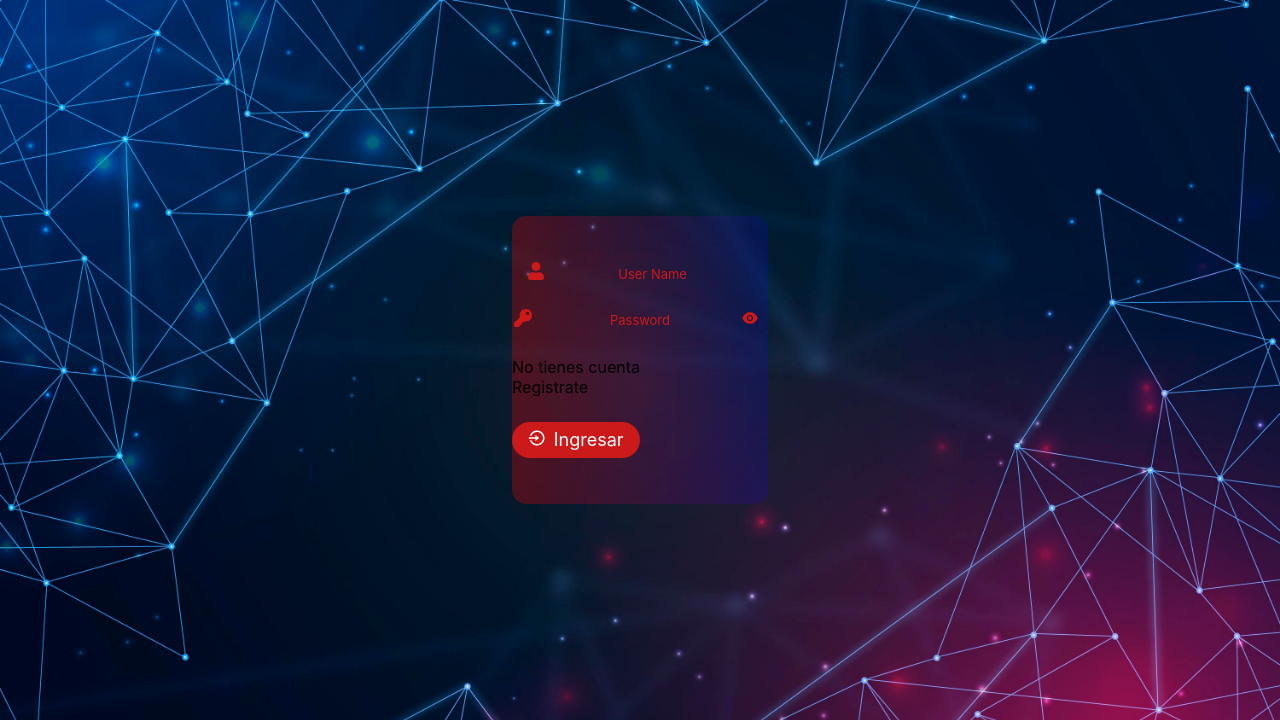
Repository: Davic1o/FrontendMunicipio
Page: /
An editor plug-in stored every save of this project. The page is shown before and after the next save, followed by the edit.
The browser window is 1280 px wide. The pictures show the whole page.
The project was rebuilt for these pictures with package versions that can differ from the ones it lists, and the page was loaded fresh each time.

Above is the page before, as saved 2024-02-21 18:09:04.

### src/index.css
*{
  user-select: none;
  cursor: default;
}


body {
  margin: 0;
  font-family: -apple-system, BlinkMacSystemFont, 'Segoe UI', 'Roboto', 'Oxygen',
    'Ubuntu', 'Cantarell', 'Fira Sans', 'Droid Sans', 'Helvetica Neue',
    sans-serif;
  -webkit-font-smoothing: antialiased;
  -moz-osx-font-smoothing: grayscale;
}

code {
  font-family: source-code-pro, Menlo, Monaco, Consolas, 'Courier New',
    monospace;
}
input {
  border: none;
  outline: none;
  margin: 0;
  padding: 0;
  background: none;
  font-family: inherit;
  color: inherit;
  text-align: left;
}

input:focus {
  outline: none;
}

:root{

  --color-primario: #cc1919;
  --color-secundario: #cc1919ab;
  --color-blanco: #ffffff;
}

### src/App.jsx
import Rutas from './routes/Rutas'

function App() {
  return (
    <>
      <Rutas/>
    </>
  );
}

export default App;

### src/routes/Rutas.jsx
import React from 'react'
import { Routes, Route } from 'react-router-dom';
import Login from '../pages/Login';


function Rutas() {
  return (

      <Routes>
          <Route path="/" element={<Login/>} />
      </Routes>
  )
}

export default Rutas

### src/pages/Login.jsx
import React from 'react'
import InputTexto from '../components/inputs/InputTexto'
import InputPass from '../components/inputs/InputPass'
import BotonAcceso from '../components/botones/BotonAcceso'

import './login.css'
import { FaUser, FaKey  } from "react-icons/fa";
import { RiLoginCircleLine } from "react-icons/ri";

function Login() {
  return (
    <div>
        <div className="login__container">
            <div className="login__form">
                <div className="form form__userName">
                <div className="input__userName">
                <InputTexto Icono={<FaUser/>} Placeholder="User Name"/>
                </div>
                </div>
                <div className="form form__userPass">
                <div className="input__userPass">
                <InputPass Icono={<FaKey />} Placeholder="Password"/>
                </div>
                </div>

                <div className="form form__register">
                <div className="text__register">
                No tienes cuenta
                <div className="link__register">Registrate</div>
                </div>
                </div>

                <div className="form form__acept">
                    <div className="button__acept">
                        <BotonAcceso Icono={<RiLoginCircleLine />} NombreBoton='Ingresar'/>
                    </div>
                </div>

            </div>
        </div>

    </div>
  )
}

export default Login

### src/components/inputs/InputTexto.jsx
import React from 'react'
import './inputTexto.css'

function InputTexto({Icono, Placeholder}) {
    const TipoInput = Placeholder;
  return (
    <>
    <div className="contenedor__inputTexto">
        <div className="inf__inputTexto">
            <div className="icono__inputTexto">
                {Icono}
            </div>
            <div className="campo__inputTexto">
            <input type="text" className='inputTexto' placeholder={TipoInput} />
            </div>
        </div>
    </div>
    </>
  )
}

export default InputTexto

### src/components/inputs/InputPass.jsx
import React, { useState } from 'react';
import { AiFillEye, AiFillEyeInvisible } from 'react-icons/ai';
import './inputPass.css';

function InputPass({ Icono, Placeholder }) {
  const [mostrarContrasenia, setMostrarContrasenia] = useState(false);
  const TipoInput = mostrarContrasenia ? 'text' : 'password';
  const IconoVisualizacion = mostrarContrasenia ? (
    <AiFillEyeInvisible />
  ) : (
    <AiFillEye />
  );

  return (
    <>
      <div className="contenedor__inputPass">
        <div className="inf__inputPass">
          <div className="icono__inputPass">{Icono}</div>
          <div className="campo__inputPass">
            <input
              type={TipoInput}
              className="inputPass"
              placeholder={Placeholder}
            />

          </div>
          <div
              className="vista__inputPass"
              onClick={() => setMostrarContrasenia(!mostrarContrasenia)}
            >
              {IconoVisualizacion}
            </div>
        </div>
      </div>
    </>
  );
}

export default InputPass;

### src/components/botones/BotonAcceso.jsx
import React from 'react'
import './botonAcceso.css'

function BotonAcceso({Icono,NombreBoton}) {
    const TextoBoton = NombreBoton;
  return (
    <>
    <div className="contenedorBotonAcceso">
        <div className="inf__botonAcceso">
            <div className="icono__botonAcceso">
                {Icono}
            </div>
            <div className="texto__botonAcceso">
                {TextoBoton}
            </div>

        </div>
    </div>

    </>
  )
}

export default BotonAcceso

### src/pages/login.css
.login__container{
    background-image:  url('../images/fondo_informacion.jpg');
    background-size: cover;
    height: 100vh;
    width: 100vw;
    box-sizing: border-box;
    display: flex;
    align-items: center;
    justify-content: center;
    z-index: 0;
}
.login__form{
    width: 20vw;
    height: 40vh;
    display: flex;
    flex-direction: column;
    justify-content: center;
    align-items: center;
    border-radius: 2vh;
    background: linear-gradient(to right, rgba(253, 0, 0, 0.288) 1%, rgba(16, 0, 235, 0.171));
}
.form{
    width: 20vw;
    margin: 1vw;
}
.input__userName{
    width: 20vw;
}

### src/components/inputs/inputTexto.css
.contenedor__inputTexto{
    display: flex;
    flex-direction: row;
    justify-content: center;
    align-items: center;
    font-size: 2.5vh;
    border-radius: 1vh;
    cursor: pointer;
  }

  .inf__inputTexto{
    display: flex;
    justify-content: center;
    align-items: center;
  }

  .icono__inputTexto{
    color: var(--color-primario);
    margin-right: 1vh;
}

.inputTexto{
    font-size: 1.8vh;
    color: var(--color-primario);
    transition: border 0.3s ease;

}
.inputTexto::placeholder{
    font-size: 1.8vh;
    color: var(--color-primario);
    text-align: center;
    transition: opacity 0.3s ease, transform 0.3s ease;
}

.inputTexto:focus::placeholder {
    opacity: 0;
    transform: scale(1);
  }

.inputTexto:focus {
    font-size: 1.8vh;
    color: var(--color-primario);
    font-weight:bold;
    border-bottom: 3px solid var(--color-primario);
 animation: borderAnimation 3s infinite alternate;
  }

  @keyframes borderAnimation {
    from {
      border-color: rgb(255, 255, 255); /* Cambia el color del borde al inicio de la animación */
    }
    to {
      border-color: rgb(255, 0, 0); /* Cambia el color del borde al final de la animación */
    }
  }

### src/components/inputs/inputPass.css
.contenedor__inputPass{
    display: flex;
    flex-direction: row;
    justify-content: center;
    align-items: center;
    font-size: 2.5vh;
    border-radius: 1vh;
    cursor: pointer;
}
.inf__inputPass{
    display: flex;
    justify-content: center;
    align-items: center;
}
.icono__inputPass, .vista__inputPass{
    color: var(--color-primario);
    margin-right: 1vh;
}
.vista__inputPass{
  cursor: pointer;
}
.vista__inputPass:first-child{
  cursor: pointer;
}
.inputPass{
    font-size: 1.8vh;
    color: var(--color-primario);
    transition: border 0.3s ease;
}
.inputPass::placeholder{
    font-size: 1.8vh;
    color: var(--color-primario);
    text-align: center;
    transition: opacity 0.3s ease, transform 0.3s ease;
}

.inputPass:focus::placeholder {
    opacity: 0;
    transform: scale(1);
  }

.inputPass:focus {
    font-size: 1.8vh;
    color: var(--color-primario);
    font-weight:bold;
    border-bottom: 3px solid var(--color-primario);
 animation: borderAnimation 3s infinite alternate;
  }

  @keyframes borderAnimation {
    from {
      border-color: rgb(255, 255, 255); /* Cambia el color del borde al inicio de la animación */
    }
    to {
      border-color: rgb(255, 0, 0); /* Cambia el color del borde al final de la animación */
    }
  }
  .campo__inputPass{
    display: flex;
  }

### src/components/botones/botonAcceso.css
.contenedorBotonAcceso{
    display: flex;
    flex-direction: row;
    justify-content: center;
    align-items: center;
    height: 5vh;
    width: 10vw;
    font-size: 2.5vh;
    border-radius: 3vh;
    cursor: pointer;
    background-color: var(--color-primario);
}
.inf__botonAcceso{
    display: flex;
    color: var(--color-blanco);
}

.contenedorBotonAcceso:hover .inf__botonAcceso .icono__botonAcceso{
    animation: spiner 1 0.5s linear;
}
.contenedorBotonAcceso:hover {
    background-color: var(--color-secundario);
}

.icono__botonAcceso{
    margin-right: 1vh;
    font-weight: bold
}

@keyframes spiner {
    from {
      transform: rotate(0deg);
    }
    to {
      transform: rotate(360deg);
    }
  }

Loaded but not shown: public/index.html (common file); src/index.js (common file); src/reportWebVitals.js (common file)

After the next save:
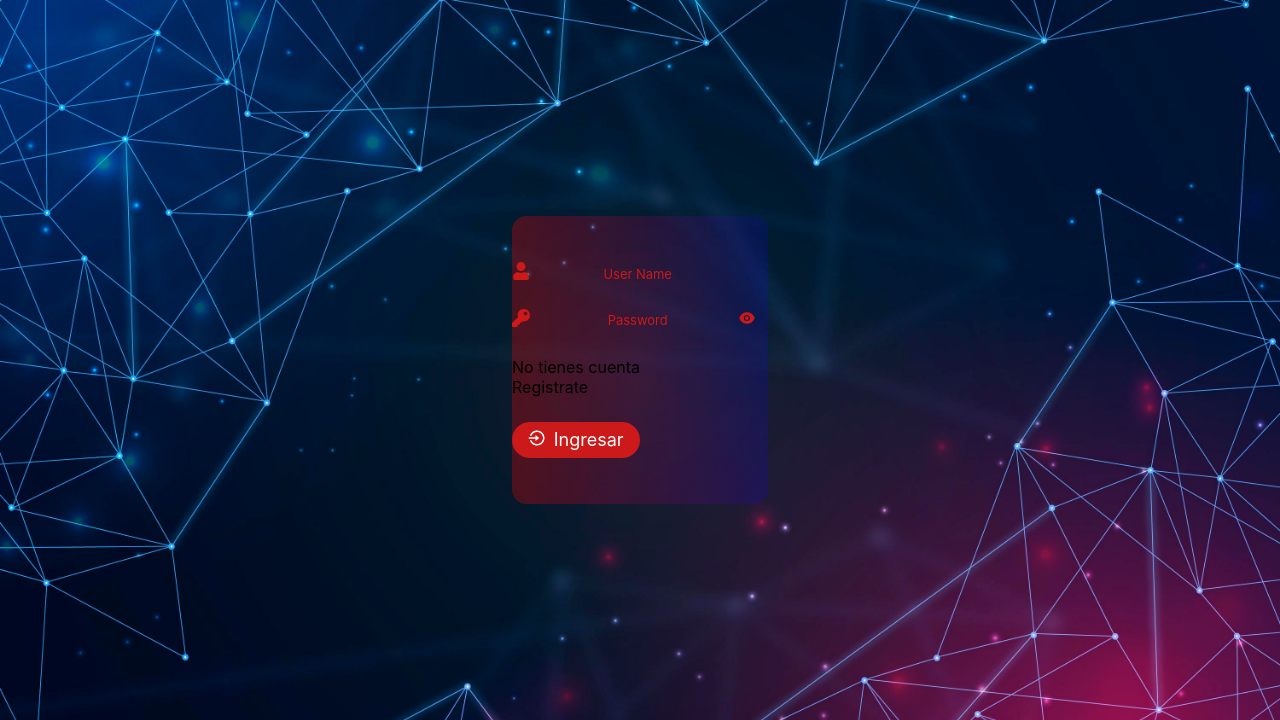
Saved 78 s later.
--- a/src/pages/login.css
+++ b/src/pages/login.css
@@ -22,7 +22,9 @@
 .form{
     width: 20vw;
     margin: 1vw;
+    display: flex;
 }
 .input__userName{
     width: 20vw;
+    display: flex;
 }
